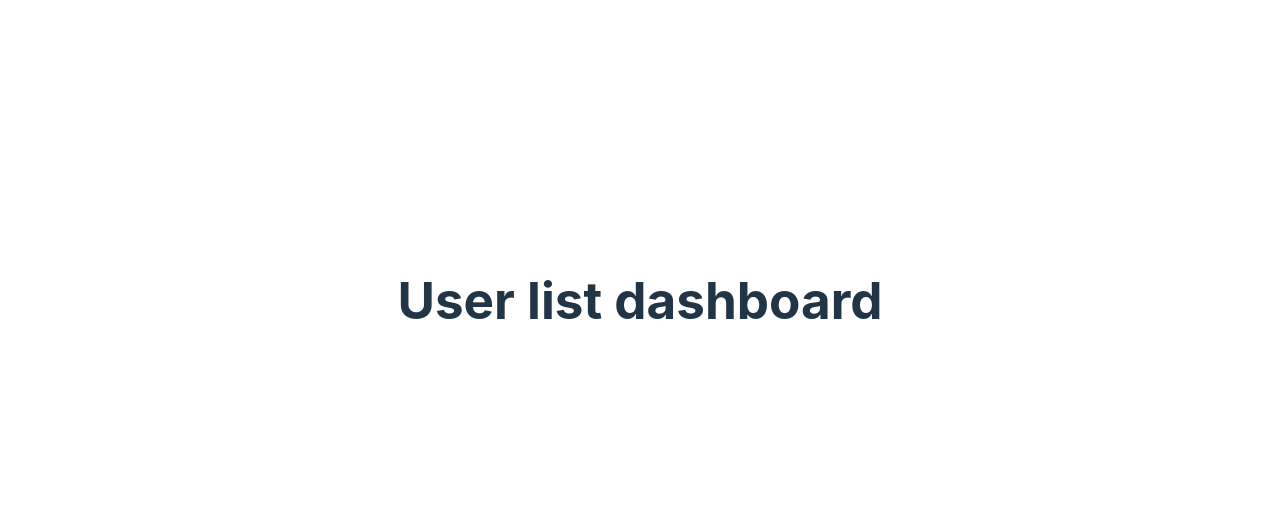
Repository: atzin-escandia/react-typescript-users-dashboard
Page: /
An editor plug-in stored every save of this project. The page is shown before and after the next save, followed by the edit.
The browser window is 1280 px wide. The pictures show the whole page.
The page's requests for data from a server got no answer. The project was rebuilt for these pictures with package versions that can differ from the ones it lists, and the page was loaded fresh each time. No one was signed in, and anything a server would have sent is missing. Also part of the build but not shown: vite.config.ts.

Above is the page before, as saved 2023-10-08 21:00:18.

After the next save:
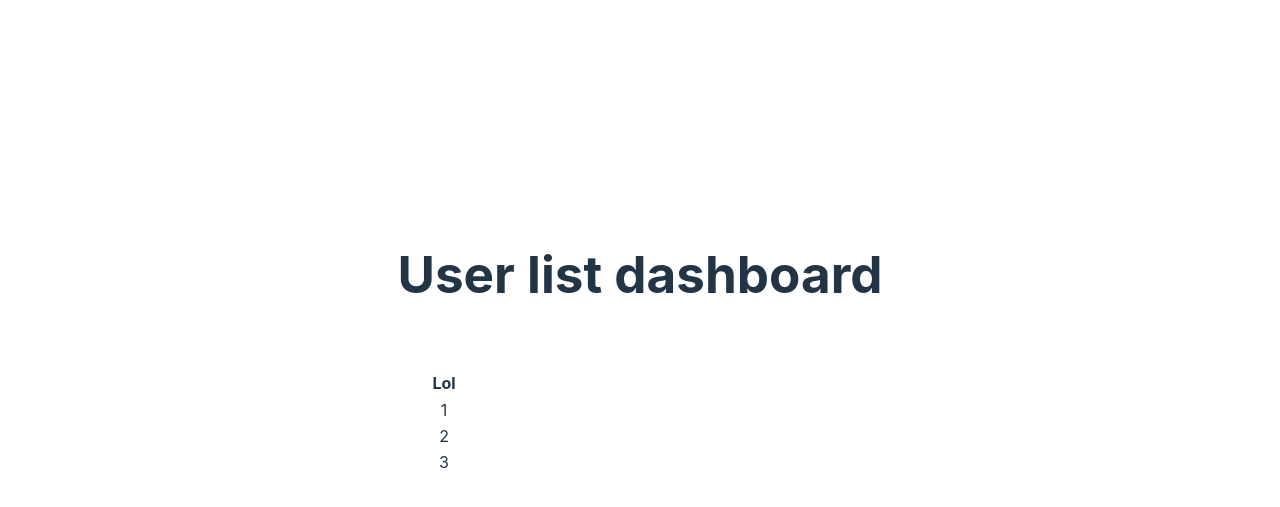
Saved 32 s later.
--- a/src/components/UsersList.tsx
+++ b/src/components/UsersList.tsx
@@ -2,30 +2,10 @@
   return (
     <div>
       <table>
-        <th></th>
-        <tr></tr>
-        <tr></tr>
-        <tr></tr>
-        <tr></tr>
-        <tr></tr>
-        <tr></tr>
-        <tr></tr>
-        <th></th>
-        <tr></tr>
-        <tr></tr>
-        <tr></tr>
-        <tr></tr>
-        <tr></tr>
-        <tr></tr>
-        <tr></tr>
-        <th></th>
-        <tr></tr>
-        <tr></tr>
-        <tr></tr>
-        <tr></tr>
-        <tr></tr>
-        <tr></tr>
-        <tr></tr>
+        <th>Lol</th>
+        <tr>1</tr>
+        <tr>2</tr>
+        <tr>3</tr>
       </table>
     </div>
   );
